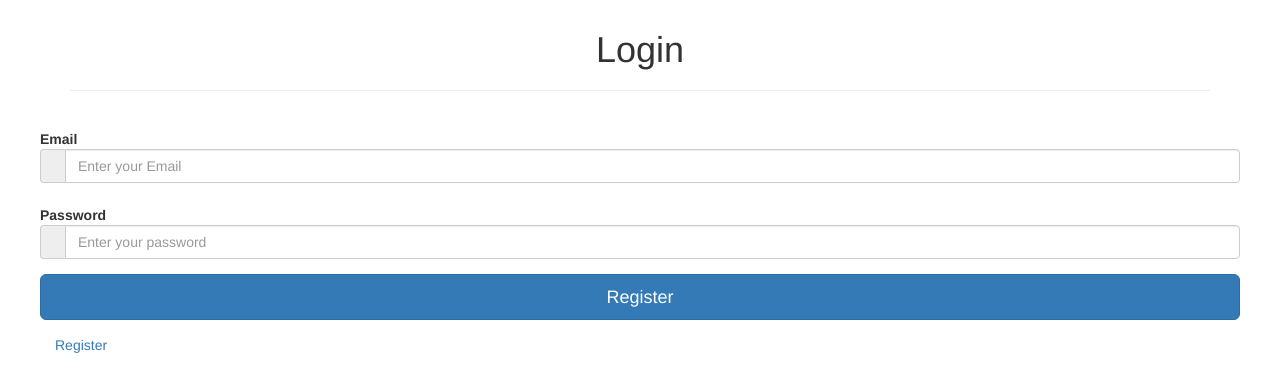
Repository: kakadiyahardik/Enterprice-Computing
Page: http://localhost/InventoryManage/user/login.jsp
The author's editor kept a copy of each file at every save. The page is drawn from the files as they stood at one save, then again after the next save.
The browser window is 1280 px wide. The pictures show the whole page.
Some web libraries are served in a nearby version. The page is served by Tomcat 9. Other server files are loaded and not shown.

Above is the page before, as saved 2017-04-08 10:02:49.

### InventoryManage/WebContent/user/login.jsp
<%@ page language="java" contentType="text/html; charset=ISO-8859-1"
    pageEncoding="ISO-8859-1" import="java.util.ArrayList, model.Category,dao.*"%>

<!DOCTYPE html PUBLIC "-//W3C//DTD HTML 4.01 Transitional//EN" "http://www.w3.org/TR/html4/loose.dtd">
<html>
<head>
<meta http-equiv="Content-Type" content="text/html; charset=ISO-8859-1">
<title>login</title>
<meta charset="utf-8">
		  <meta name="viewport" content="width=device-width, initial-scale=1">
		  <link rel="stylesheet" href="https://maxcdn.bootstrapcdn.com/bootstrap/3.3.7/css/bootstrap.min.css">
		  <script src="https://ajax.googleapis.com/ajax/libs/jquery/3.2.0/jquery.min.js"></script>
		  <script src="https://maxcdn.bootstrapcdn.com/bootstrap/3.3.7/js/bootstrap.min.js"></script>

    </head>
    <body>


	<body>
		<div class="container">
			<div class="row main">
				<div class="panel-heading">
	               <div class="panel-title text-center">
	               		<h1 class="title">Login</h1>
	               		<hr />
	               	</div>
	            </div>
				<div class="main-login main-center">
					<form class="form-horizontal" method="post" action="#">

						<div class="form-group">
							<label for="name" class="cols-sm-2 control-label">Email</label>
							<div class="cols-sm-10">
								<div class="input-group">
									<span class="input-group-addon"><i class="fa fa-user fa" aria-hidden="true"></i></span>
									<input type="text" class="form-control" name="email" id="name"  placeholder="Enter your Email"/>
								</div>
							</div>
						</div>

						<div class="form-group">
							<label for="email" class="cols-sm-2 control-label">Password</label>
							<div class="cols-sm-10">
								<div class="input-group">
									<span class="input-group-addon"><i class="fa fa-envelope fa" aria-hidden="true"></i></span>
									<input type="text" class="form-control" name="password" placeholder="Enter your password"/>
								</div>
							</div>
						</div>

						<div class="form-group ">
							<input type="hidden" name="action" value="userlogin"/>
							<button type="submit" class="btn btn-primary btn-lg btn-block login-button">Register</button>
						</div>
						<div class="login-register">
				            <a href="user/registration.jsp">Register</a>
				         </div>
					</form>
				</div>
			</div>
		</div>

</body>
</html>

After the next save:
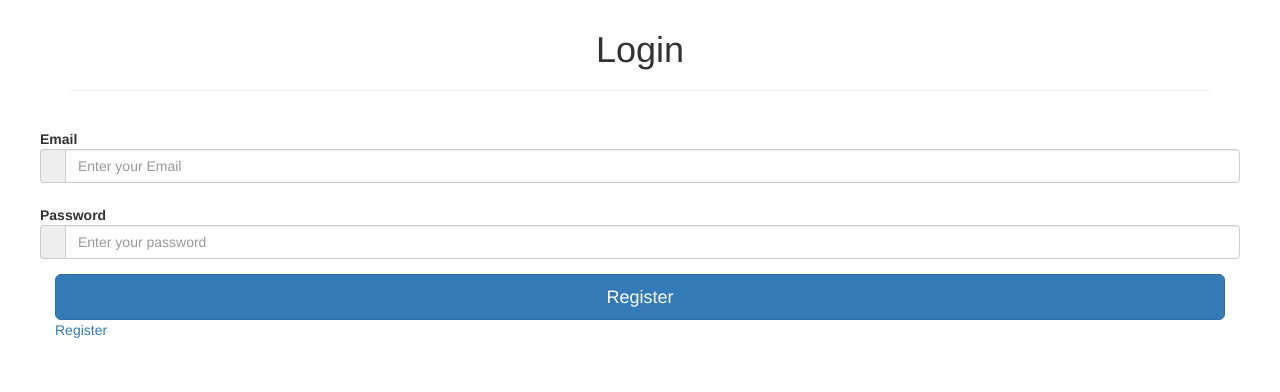
Saved 16 s later.
--- a/InventoryManage/WebContent/user/login.jsp
+++ b/InventoryManage/WebContent/user/login.jsp
@@ -48,7 +48,7 @@
 							</div>
 						</div>
 
-						<div class="form-group ">
+						<div class="submit">
 							<input type="hidden" name="action" value="userlogin"/>
 							<button type="submit" class="btn btn-primary btn-lg btn-block login-button">Register</button>
 						</div>
